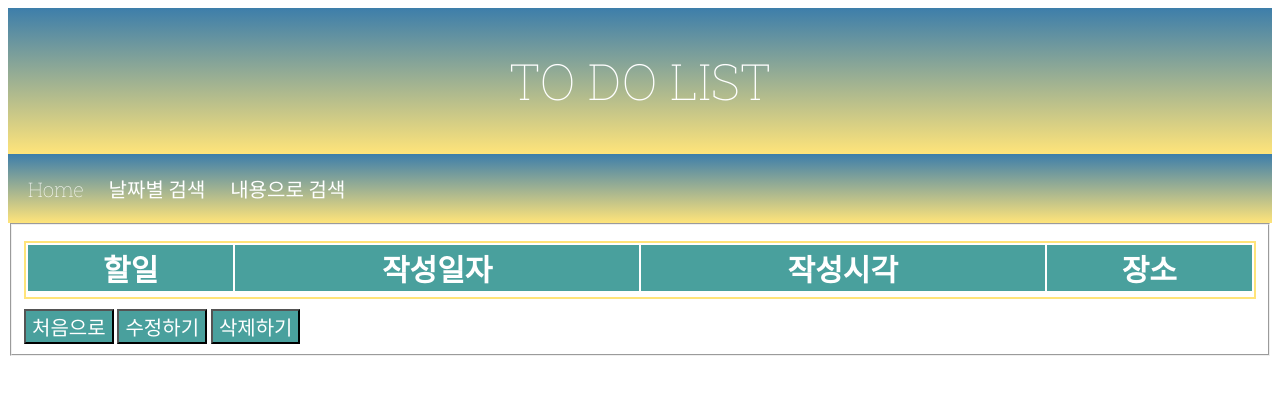
Repository: kimyoungjin98/Exam_Project
Page: http://localhost/Server_PR_TodoList/WEB-INF/views/view.jsp
The author's editor kept a copy of each file at every save. The page is drawn from the files as they stood at one save, then again after the next save.
The browser window is 1280 px wide. The pictures show the whole page.
Some web fonts or font styles are not loaded; a fallback is used. The page is served by Tomcat 9. Nobody is signed in. The template is opened directly, without the code that normally fills it, so the values that code supplies are empty.

Above is the page before, as saved 2021-05-25 02:17:36.
Console error: SyntaxError: Unexpected token '}'

After the next save:
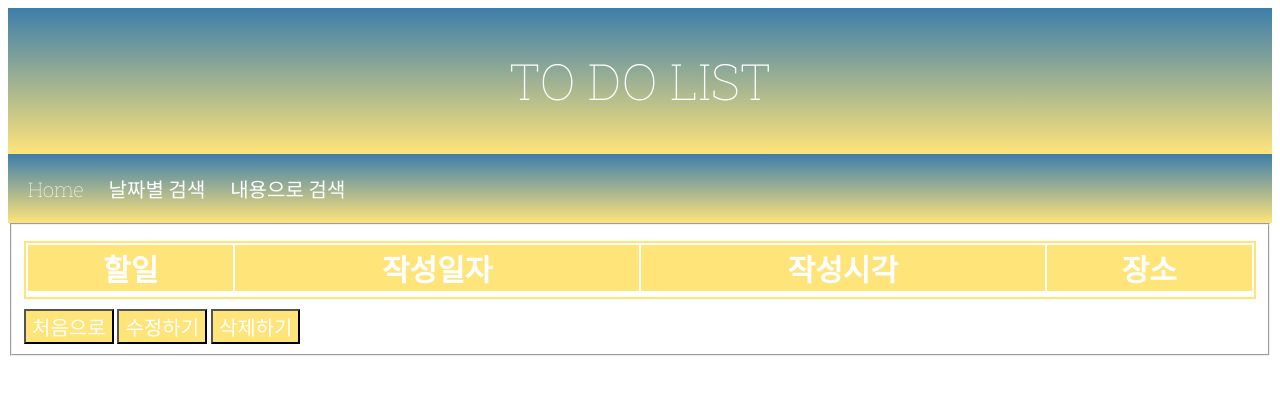
Saved 4 s later.
--- a/Server_PR_TodoList/src/main/webapp/WEB-INF/views/view.jsp
+++ b/Server_PR_TodoList/src/main/webapp/WEB-INF/views/view.jsp
@@ -59,12 +59,12 @@ document.addEventListener("DOMContentLoaded",function(ev){
 
 	table th {
 
-		background-color:#49a09d;
+		background-color:#ffe47a;
 		color:white;
 	}
 
 	button{
-		background-color: #49a09d;
+		background-color: #ffe47a;
 		color:white;
 		font-size:20px;
 		cursor:pointer;
